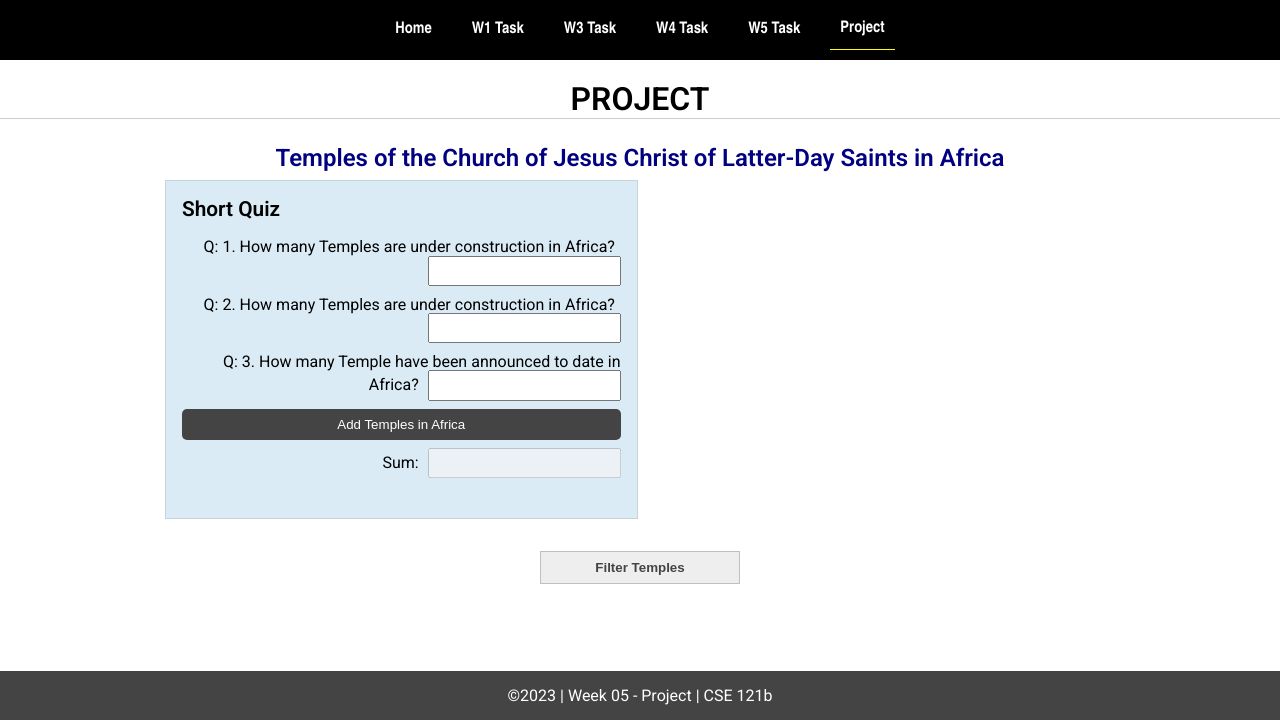
Repository: mszakutumela/cse121b
Page: Project/project.html
The author's editor kept a copy of each file at every save. The page is drawn from the files as they stood at one save, then again after the next save.
The browser window is 1280 px wide. The pictures show the whole page.

Above is the page before, as saved 2023-10-24 15:11:50.

After the next save:
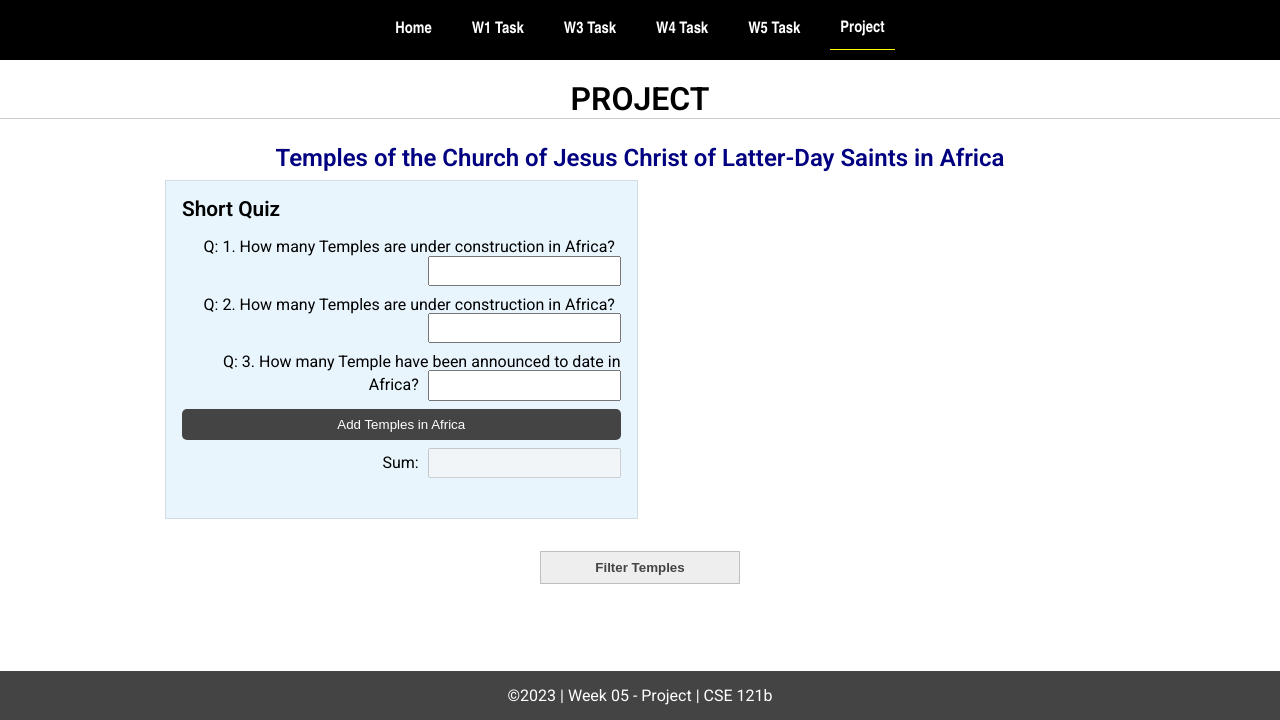
Saved 5 s later.
--- a/Project/styles/main.css
+++ b/Project/styles/main.css
@@ -210,7 +210,7 @@
 
 
 #section1 {
-    background-color: rgba(182, 215, 236, 0.5);
+    background-color: rgba(211, 235, 252, 0.5);
 }
 
 #section2 {
